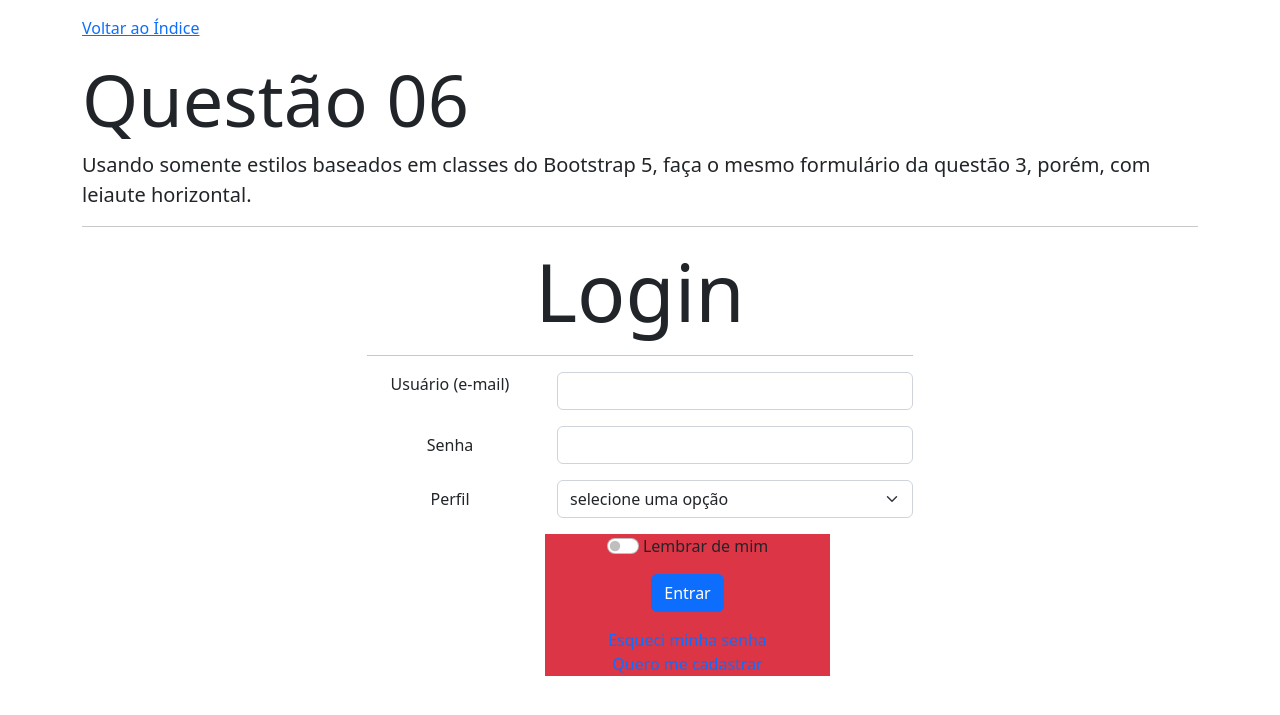
Repository: In-Game-full/Reprograme-se
Page: S-8/Atividade-Pratica-da-Semana-3-do-Replit/questao06.html
An editor plug-in stored every save of this project. The page is shown before and after the next save, followed by the edit.
The browser window is 1280 px wide. The pictures show the whole page.

Above is the page before, as saved 2023-09-12 15:16:38.

After the next save:
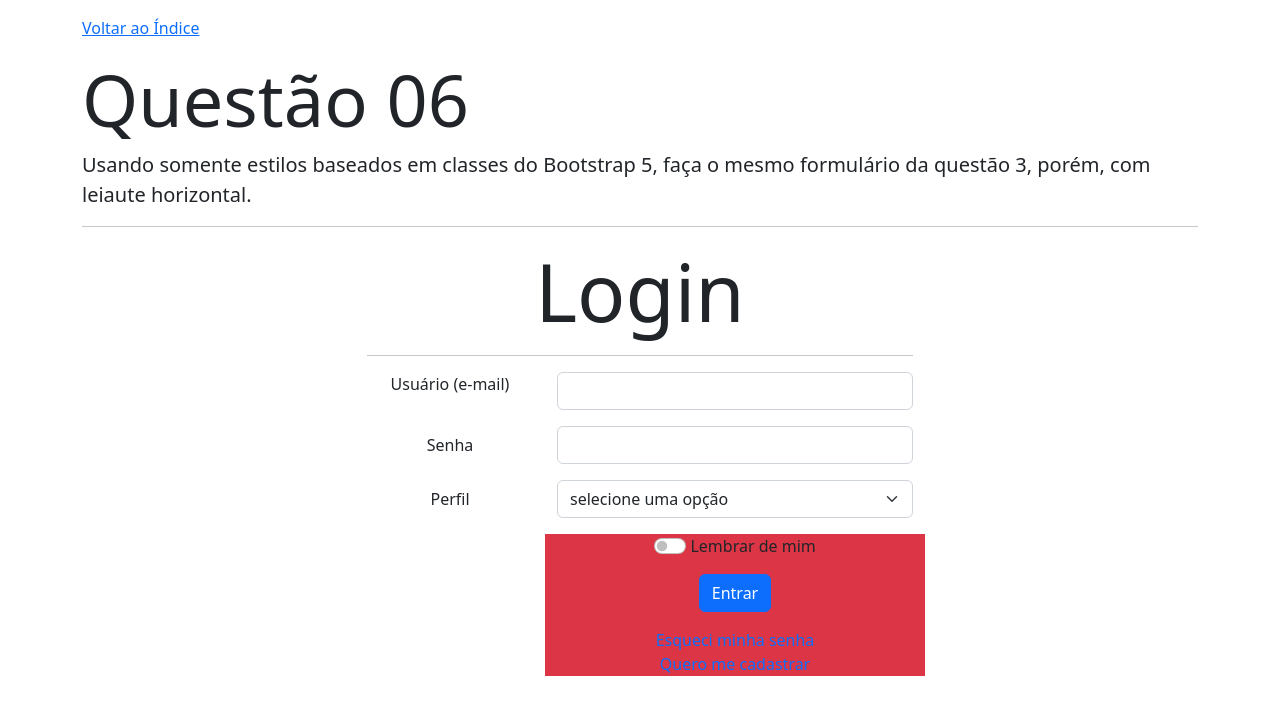
Saved 10 s later.
--- a/S-8/Atividade-Pratica-da-Semana-3-do-Replit/questao06.html
+++ b/S-8/Atividade-Pratica-da-Semana-3-do-Replit/questao06.html
@@ -58,7 +58,7 @@
                     </div>
                     <div class="row">
                         <div class="col-4"></div>
-                        <div class="col-6 bg-danger">
+                        <div class="col bg-danger">
                             <div class="mb-3 form-switch">
                                 <input type="checkbox" id="lembrar" class="form-check-input">
                                 <label for="lembrar" class="form-check-label">Lembrar de mim</label>
